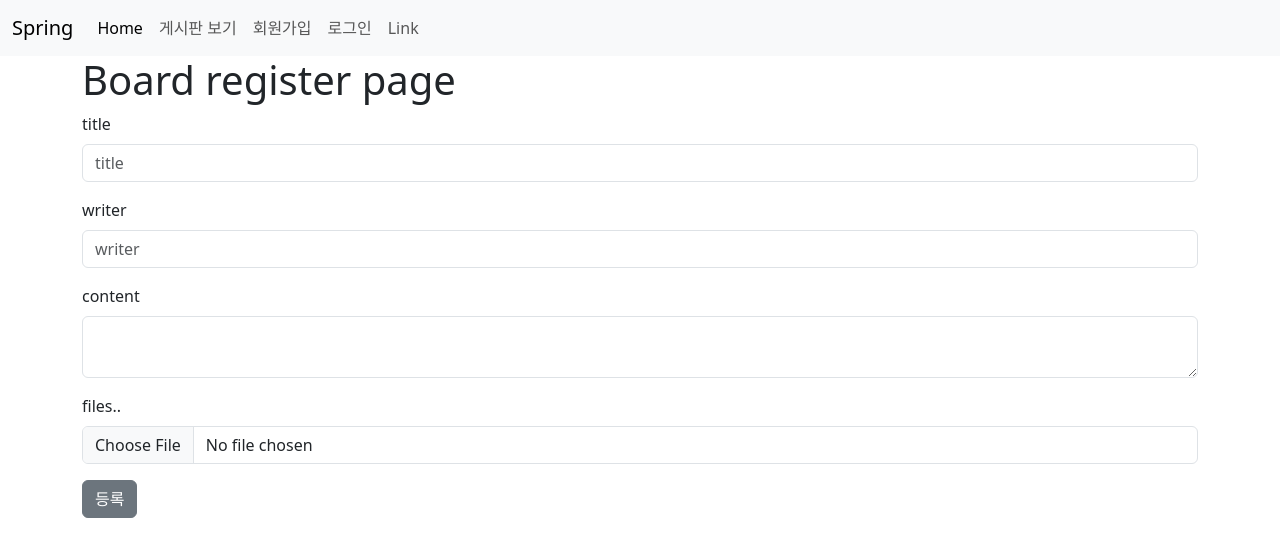
Repository: kimnoanoa/springTest240430
Page: http://localhost/spring_study/WEB-INF/views/board/register.jsp
The author's editor kept a copy of each file at every save. The page is drawn from the files as they stood at one save, then again after the next save.
The browser window is 1280 px wide. The pictures show the whole page.
The page is served by Tomcat 9. Nobody is signed in. The template is opened directly, without the code that normally fills it, so the values that code supplies are empty.

Above is the page before, as saved 2024-04-29 01:36:06.

After the next save:
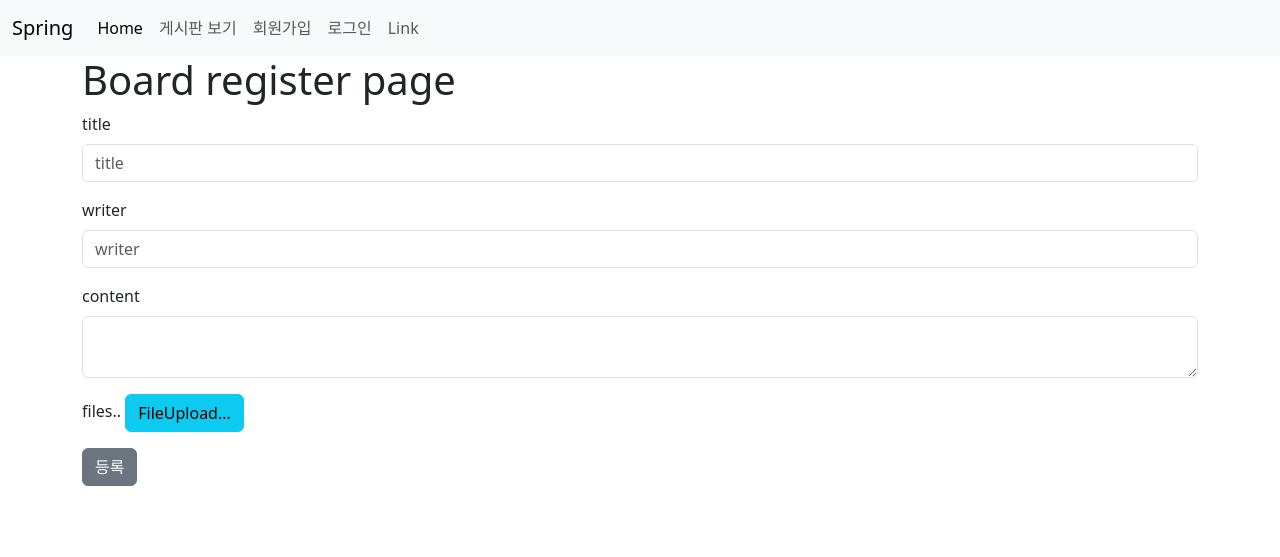
Saved 64 s later.
--- a/spring_study/src/main/webapp/WEB-INF/views/board/register.jsp
+++ b/spring_study/src/main/webapp/WEB-INF/views/board/register.jsp
@@ -20,7 +20,8 @@
 			<!-- 파일입력 라인 추가 -->
 			<div class="mb-3">
 			   <label for="file" class="form-label">files..</label>
-			   <input type="file" class="form-control" name="files" id="file" style="display-none">
+			   <input type="file" class="form-control" name="files" id="file" style="display: none">
+			   <button type="button" class="btn btn-info">FileUpload...</button>
 			</div>
 
 			<button type="submit" class="btn btn-secondary">등록</button>
